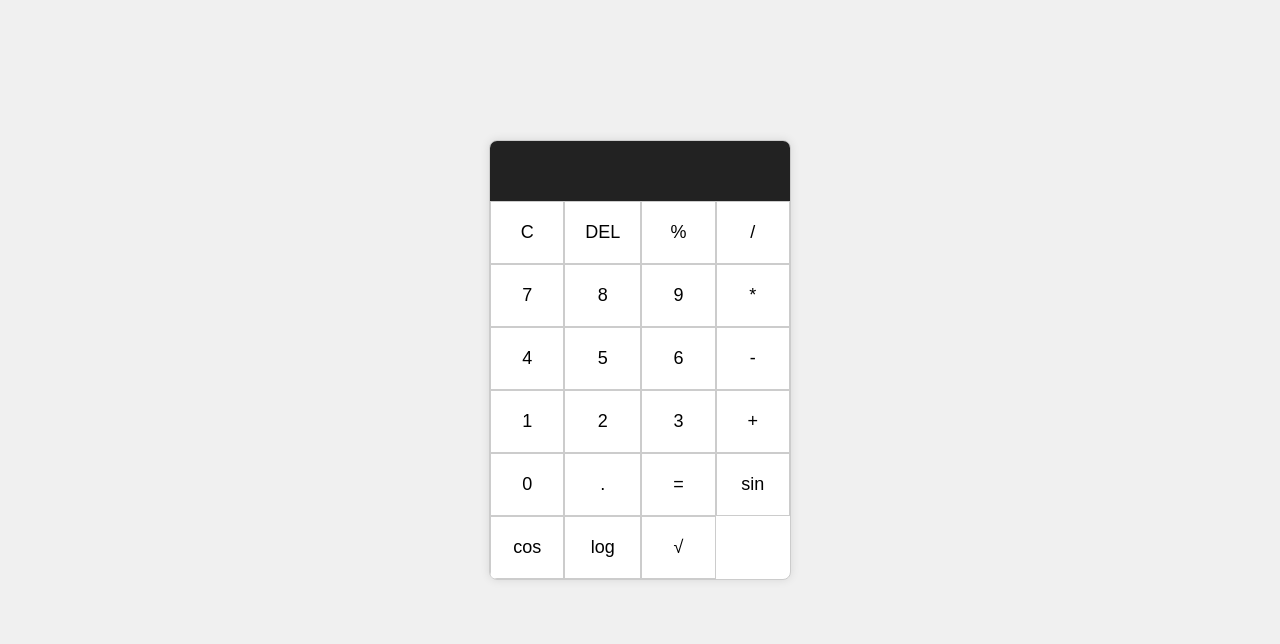
Repository: JuliusMonday/myCalculator
Page: index.html
An editor plug-in stored every save of this project. The page is shown before and after a run of saves, followed by the edit.
The browser window is 1280 px wide. The pictures show the whole page.

Above is the page before, as saved 2024-05-31 08:41:46.

After the next 5 saves:
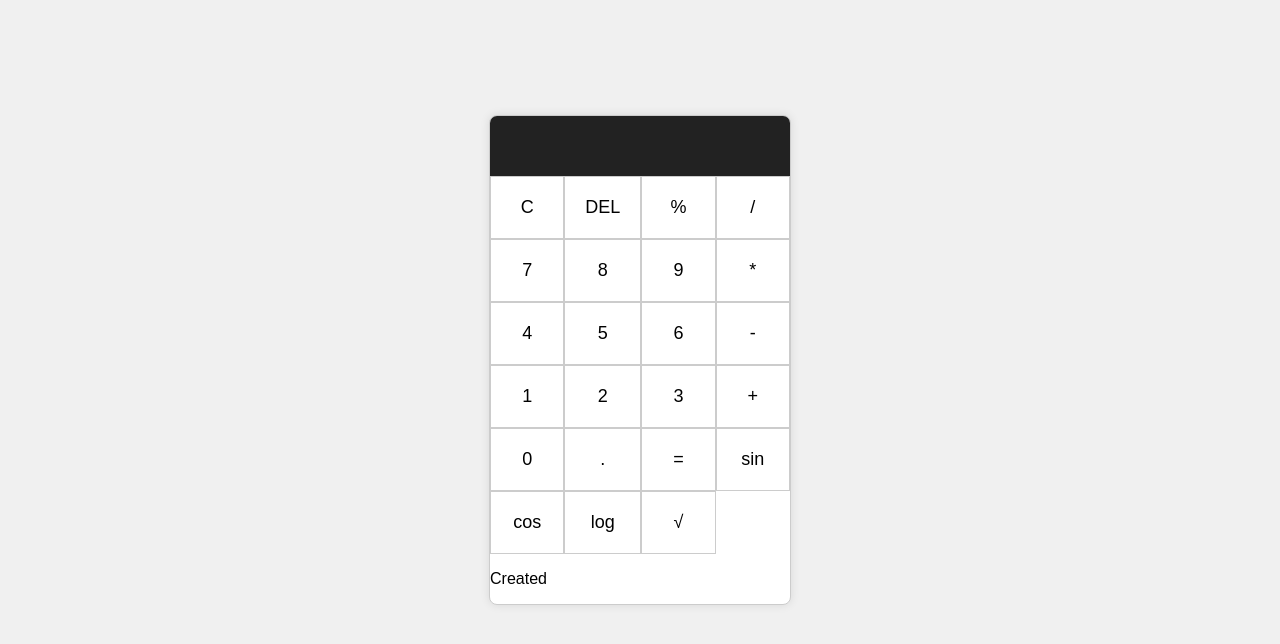
The 5 saves are shown as one change because they came seconds apart.
The last was saved 16 s later.
--- a/index.html
+++ b/index.html
@@ -41,7 +41,7 @@
             <button onclick="appendChar('Math.log(')">log</button>
             <button onclick="appendChar('Math.sqrt(')">√</button>
         </div>
-
+        <p>Created</p>
     </div>
     <script src="index.js"></script>
 </body>
